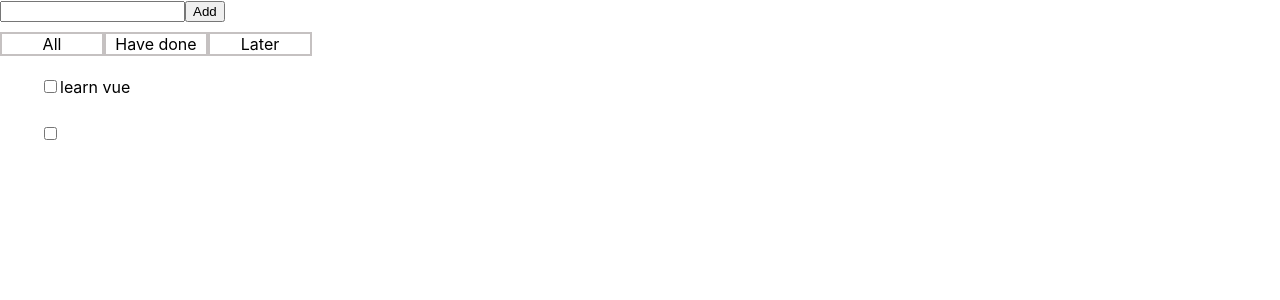
Repository: yurensmile/todolist
Page: /, after clicking the first element matching `button`
The author's editor kept a copy of each file at every save. The page is drawn from the files as they stood at one save, then again after the next save.
The browser window is 1280 px wide. The pictures show the whole page.
The project was rebuilt for these pictures with package versions that can differ from the ones it lists, and the page was loaded fresh each time.

Above is the page before, as saved 2019-03-18 17:04:35.

### src/App.js
import React, { Component } from 'react';
import './App.css';

class App extends Component {

  constructor(){
    super();
    this.state={
      inputValue: '',
      todos: ["learn vue"],
      havedones: [],
      all: [],
      checked: false,
      id: 1
    };
  }

  handleOnClick(){
    this.setState(state =>{
      const todos = state.todos.concat(state.inputValue);
      return {
        todos,
        inputValue: ""
      }
    })
  }
  updateInputValue(e){
    this.setState({
      inputValue: e.target.value
    })
  }

// 点击了todo 列表的内容
  handleTodoOnclick(checked, e){
// if e.target is not text
    let box = e.target.previousSibling;
    this.setState((preState)=>{
      return {checked: !preState.checked}
    })
    if(checked){
      e.target.style.textDecoration = 'none';
      box.checked = false;
    }else{
      e.target.style.textDecoration = 'line-through';
      box.checked = true;
    }
  }
// 点击了三栏内容
  contentOnclick(e){
    let choice = e.target.innerHTML;
    this.setState((preState)=>{
      switch(choice){
        case "All": return {id: 1};
        case "Have done": return {id: 2};
        case "Later": return {id: 3};
        default: return({id:1});
      }
    })

  }

  render() {
    return (
      <div className="App">
        <input type="text" name="todo" value={this.state.inputValue} onChange={this.updateInputValue.bind(this)}/>
        <button onClick={this.handleOnClick.bind(this)}>Add</button><br/>
        <div id="content" onClick={this.contentOnclick.bind(this)}>
          <div className="choice">All</div>
          <div className="choice">Have done</div>
          <div className="choice">Later</div>
        </div>
        <ul>
          {this.state.todos.map((item)=>{
            return (
              <div onClick={this.handleTodoOnclick.bind(this, this.state.checked)}>
                <input className="toggle" type="checkbox"/>
                <li key={item.id}>{item}</li>
              </div>
            )
          })}
        </ul>
      </div>
    );
  }
}

export default App;

### src/App.css
/* .App {
  text-align: center;
} */
ul{
  list-style-type: none;
}
li{
  display: inline-block;
  width: 100px;
  height: 40px;
  /* border: 1px solid rgba(143, 121, 121, 0.1); */
  line-height: 30px;
  height: 30px;
  margin-bottom: 4px;
}
.choice{
  margin-top: 10px;
  display: inline-block;
  width: 100px;
  text-align: center;
  border:2px solid rgb(197, 193, 193);
}
.toggle{
  display: inline-block;
}
.App-link {
  color: #61dafb;
}

Loaded but not shown: public/index.html (common file); src/index.js (common file); src/index.css (common file); src/serviceWorker.js (common file)

After the next save:
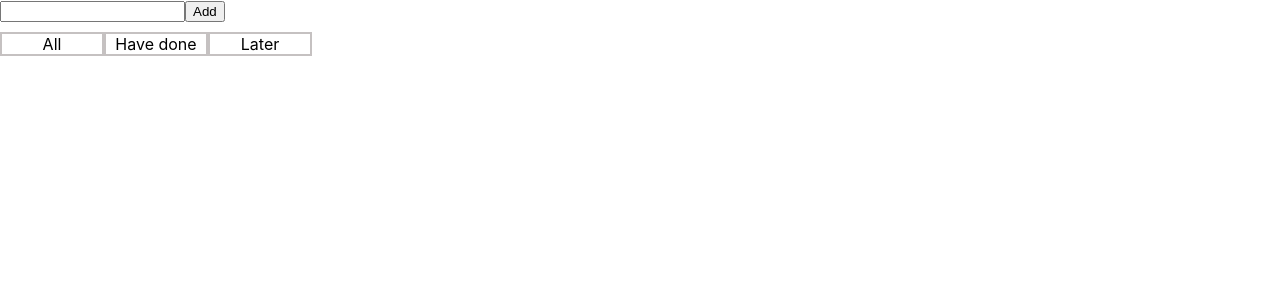
Saved 2 min 59 s later.
--- a/src/App.js
+++ b/src/App.js
@@ -70,6 +70,9 @@
           <div className="choice">Later</div>
         </div>
         <ul>
+
+        </ul>
+        {/* <ul>
           {this.state.todos.map((item)=>{
             return (
               <div onClick={this.handleTodoOnclick.bind(this, this.state.checked)}>
@@ -78,7 +81,7 @@
               </div>
             )
           })}
-        </ul>
+        </ul> */}
       </div>
     );
   }

After the save that followed:
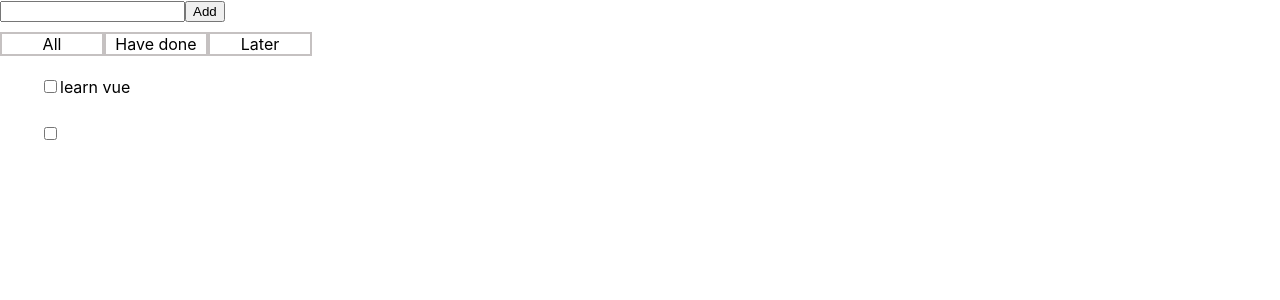
Saved 65 s later.
--- a/src/App.js
+++ b/src/App.js
@@ -69,10 +69,8 @@
           <div className="choice">Have done</div>
           <div className="choice">Later</div>
         </div>
+
         <ul>
-
-        </ul>
-        {/* <ul>
           {this.state.todos.map((item)=>{
             return (
               <div onClick={this.handleTodoOnclick.bind(this, this.state.checked)}>
@@ -81,7 +79,7 @@
               </div>
             )
           })}
-        </ul> */}
+        </ul>
       </div>
     );
   }
